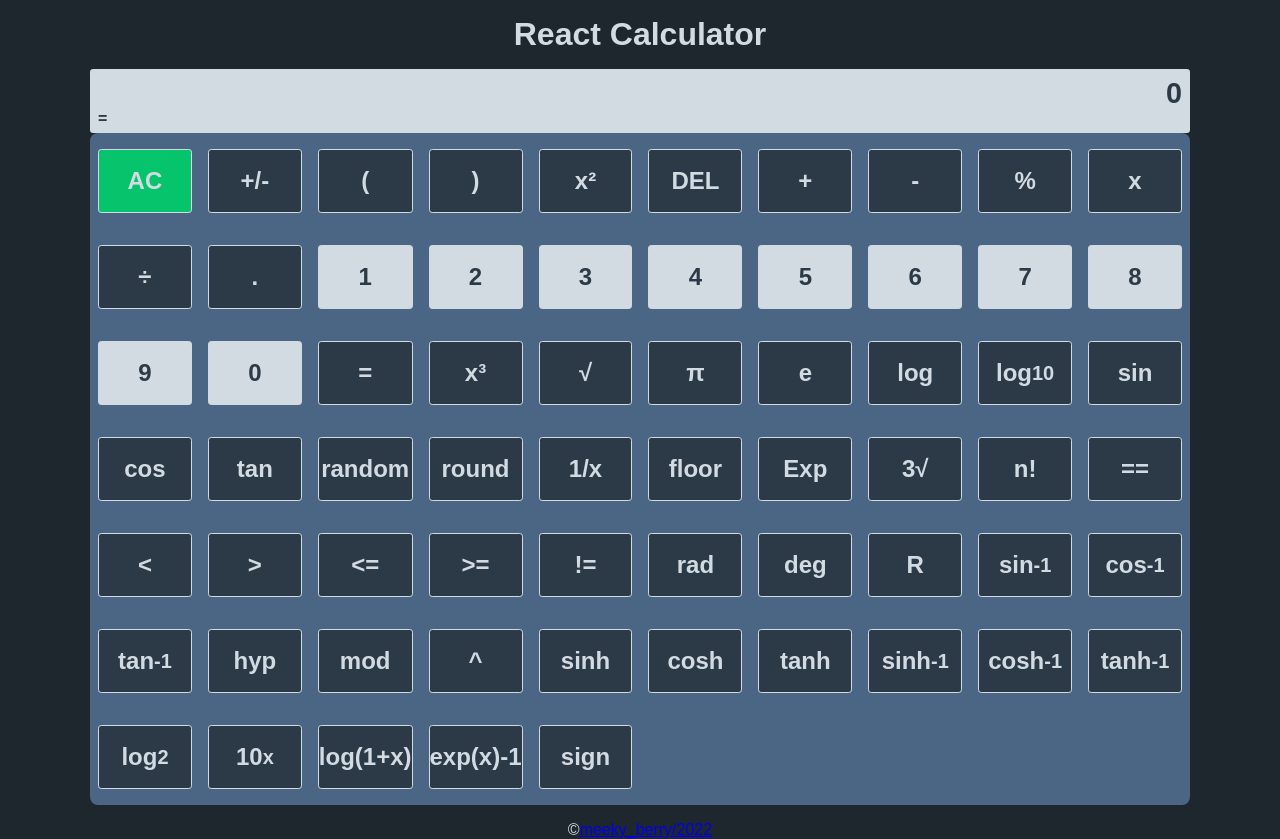
Repository: MikkyPrestige/calculator
Page: /
The author's editor kept a copy of each file at every save. The page is drawn from the files as they stood at one save, then again after the next save.
The browser window is 1280 px wide. The pictures show the whole page.
The project was rebuilt for these pictures with package versions that can differ from the ones it lists, and the page was loaded fresh each time.

Above is the page before, as saved 2022-11-17 22:04:25.

### src/index.css
* {
 margin: 0;
 padding: 0;
 box-sizing: border-box;
}

body {
 font-family: 'Poppins', sans-serif;
 background: #1e272e;
}

.heading {
  color: #d2dae2;
  text-align: center;
  margin: 1rem;
}

.app-container {
 width: 100%;
 max-width: 1100px;
 margin: 1rem auto;
}

.display {
 background-color: #d2dae2;
 color: #2C3A47;
 height: 4rem;
 font-size: 1.8rem;
 font-weight: 700;
 display: flex;
 flex-direction: column;
 padding: .5rem;
 border-radius: .2rem;
}

.display-calc {
 display: flex;
 justify-content: flex-end;
 align-items: center;
}

.display-result {
 display: flex;
 justify-content: flex-start;
 align-items: center;
 font-size: 1rem;
 font-weight: 700;
}

.operators {
  display: grid;
  grid-template-columns: repeat(10, 1fr);
  grid-gap: 1rem;
  padding: .5rem;
  border-radius: .5rem;
  background-color: #4b6584;
  -webkit-border-radius: .5rem;
  -moz-border-radius: .5rem;
  -ms-border-radius: .5rem;
  -o-border-radius: .5rem;
}

.operator {
 background-color: #2C3A47;
 color: #d2dae2;
 font-size: 1.5rem;
 font-weight: 700;
 height: 4rem;
 display: flex;
 justify-content: center;
 align-items: center;
 border-radius: .2rem;
 border: 1px solid #d2dae2;
 margin: .5rem 0;
}

.operator:hover {
 background-color: #d2dae2;
 color: #2C3A47;
 cursor: pointer;
}

.operator:active {
 background-color: #2C3A47;
 color: #d2dae2;
}

.digit {
  background-color: #d2dae2;
  color: #2C3A47;
  font-size: 1.5rem;
  font-weight: 700;
  height: 4rem;
  display: flex;
  justify-content: center;
  align-items: center;
  border-radius: .2rem;
  border: 1px solid #d2dae2;
  margin: .5rem 0;
}

.digit:hover {
  background-color: #2C3A47;
  color: #d2dae2;
  cursor: pointer;
}

.digit:active {
  background-color: #d2dae2;
  color: #2C3A47;
}

.clear {
  background-color: #05c46b;
  color: #d2dae2;
}

.clear:hover {
  background-color: #d2dae2;
  color: #05c46b;
}

.clear:active {
  background-color: #05c46b;
  color: #d2dae2;
}
/*

.clear {
 background-color: #05c46b;
  grid-column: 1 / 3;
  grid-row: 1 / 2;
}

.delete {
 background-color: #ff3f34;
  grid-column: 9 / -1;
  grid-row: 1 / 2;
}

.equalTo {
 /* grid-row: 6 / span 2; */
 /* grid-column: 6; */
 /* background-color: #05c46b; */
 /* font-size: 2.5rem; */
 /* font-weight: 700; */
/* } */

.cube {
 /* grid-row: 3; */
}

.sqrt {
 /* grid-row: 4; */
}

.exponent {
 /* grid-row: 5; */
}

.pie {
 /* grid-row: 5; */
}

.log {
 /* grid-row: 3; */
}

.logTen {
 /* grid-row: 4; */
}

.sin {
 /* grid-row: 3; */
}

.tan {
 /* grid-row: 4; */
}

.cos  {
 /* grid-row: 5; */
}

.zero {
 /* grid-row: 6; */
 /* grid-column: 5; */
}

.attribution {
  color: #d2dae2;
  text-align: center;
}

### src/App.js
import React from 'react';
import { useState } from 'react';

function App() {
  // DECLARE A NEW STATE VARIABLE
  const [calc, setCalc] = useState("");
  const [result, setResult] = useState("");

  // OPERATORS VARIABLE IS AN ARRAY OF OPERATORS THAT WILL BE USED TO CHECK IF THE USER IS TRYING TO ENTER AN OPERATOR OR NOT
  const ops = ["+", "-", "*", "/", ".", "<", ">", "<=", ">=", "±", "%", "!="];

  // UPDATE CALC STATE VARIABLE WITH THE VALUE OF THE BUTTON THAT WAS CLICKED
  const updateCalc = value => {
    if (
      (ops.includes(value) && calc === "") || // IF THE VALUE IS AN OPERATOR AND THE CALC STATE VARIABLE IS EMPTY
      (ops.includes(value) && ops.includes(calc.slice(-1))) // IF THE VALUE IS AN OPERATOR AND THE LAST CHARACTER OF THE CALC STATE VARIABLE IS ALSO AN OPERATOR
    ) {
      return;
    }

    setCalc(calc + value);  // UPDATE THE CALC STATE VARIABLE WITH THE VALUE OF THE BUTTON THAT WAS CLICKED

    if (!ops.includes(value)) {  // IF THE VALUE IS NOT AN OPERATOR
      setResult(eval(calc + value).toString());   // EVALUATE THE CALC STATE VARIABLE AND UPDATE THE RESULT STATE VARIABLE
    }
  };

  // CREATE CLEAR FUNCTION
  const clear = () => {
    setCalc("");    // SET CALC STATE VARIABLE TO EMPTY
    setResult("");  // SET RESULT STATE VARIABLE TO EMPTY
  };

  // CREATE DELETE FUNCTION
  const del = () => {
    if (calc === "") {
      return;
    }
    const value = calc.slice(0, -1);  // REMOVE THE LAST CHARACTER OF THE CALC STATE VARIABLE
    setCalc(value);  // UPDATE THE CALC STATE VARIABLE
  };

  // CREATE EVALUATE FUNCTION
  const calculate = () => {
    setCalc(eval(calc).toString());  // EVALUATE THE CALC STATE VARIABLE AND UPDATE THE CALC STATE VARIABLE
    setResult("");  // SET RESULT STATE VARIABLE TO EMPTY
  };

  // CREATE PERCENTAGE FUNCTION
  const percentage = () => {
    if (calc === "") {
      return;
    }
    const value = parseFloat(calc);   // CONVERT THE CALC STATE VARIABLE TO A FLOAT
    if (value === 0) {
      return;
    }
    setCalc((value / 100).toString());  // DIVIDE THE CALC STATE VARIABLE BY 100 AND UPDATE THE CALC STATE VARIABLE
  };

  // CREATE POSITIVE/NEGATIVE FUNCTION
  const posNeg = () => {
    if (calc === "") {
      return;
    }
    const value = parseFloat(calc);
    if (value === 0) {
      return;
    }
    setCalc((value * -1).toString());  // MULTIPLY THE CALC STATE VARIABLE BY -1 AND UPDATE THE CALC STATE VARIABLE
  };

  // CREATE BRACKET FUNCTION
  const bracket = value => {
    if (calc === "" && value === "(" && ")") { // IF THE CALC STATE VARIABLE IS EMPTY AND THE VALUE IS "(" && ")"
      setCalc(calc + value);
      return;
    }
    setCalc(calc + value);  // UPDATE THE CALC STATE VARIABLE WITH THE VALUE OF THE BUTTON THAT WAS CLICKED
  };

  // CREATE SQUARE FUNCTION
  const square = () => {
    if (calc === "") {
      return;
    }
    const value = parseFloat(calc);
    if (value === 0) {
      return;
    }
    setCalc((value * value).toString());  // MULTIPLY THE CALC STATE VARIABLE BY ITSELF AND UPDATE THE CALC STATE VARIABLE
  };

  // CREATE A CUBE FUNCTION
  const cube = () => {
    if (calc === "") {
      return;
    }
    const value = parseFloat(calc);
    if (value === 0) {
      return;
    }
    setCalc((value * value * value).toString());  // MULTIPLY THE CALC STATE VARIABLE BY ITSELF THREE TIMES AND UPDATE THE CALC STATE VARIABLE
  };

  // CREATE SQUARE ROOT FUNCTION
  const squareRoot = () => {
    if (calc === "") {
      return;
    }
    const value = parseFloat(calc);
    if (value === 0) {
      return;
    }
    setCalc(Math.sqrt(value).toString());  // CALCULATE THE SQUARE ROOT OF THE CALC STATE VARIABLE AND UPDATE THE CALC STATE VARIABLE
  };

  // CREATE PI FUNCTION
  const pi = () => {
    if (calc === "") {
      return;
    }
    const value = parseFloat(calc);
    if (value === 0) {
      return;
    }
    setCalc((value * 3.141592653589793).toString());  // MULTIPLY THE CALC STATE VARIABLE BY PI AND UPDATE THE CALC STATE VARIABLE
  };

  // CREATE E FUNCTION
  const e = () => {
    if (calc === "") {
      return;
    }
    const value = parseFloat(calc);
    if (value === 0) {
      return;
    }
    setCalc((value * 2.718281828459045).toString());  // MULTIPLY THE CALC STATE VARIABLE BY E AND UPDATE THE CALC STATE VARIABLE
  };

  // CREATE LOG FUNCTION
  const log = () => {
    if (calc === "") {
      return;
    }
    const value = parseFloat(calc);
    if (value === 0) {
      return;
    }
    setCalc(Math.log(value).toString());  // CALCULATE THE LOGARITHM OF THE CALC STATE VARIABLE AND UPDATE THE CALC STATE VARIABLE
  };

  // CREATE BASE 10 LOG FUNCTION
  const log10 = () => {
    if (calc === "") {
      return;
    }
    const value = parseFloat(calc);
    if (value === 0) {
      return;
    }
    setCalc(Math.log10(value).toString());  // CALCULATE THE BASE 10 LOGARITHM OF THE CALC STATE VARIABLE AND UPDATE THE CALC STATE VARIABLE
  };

  // CREATE BASE 2 LOG FUNCTION
  const log2 = () => {
    if (calc === "") {
      return;
    }
    const value = parseFloat(calc);
    if (value === 0) {
      return;
    }
    setCalc(Math.log2(value).toString());  // CALCULATE THE BASE 2 LOGARITHM OF THE CALC STATE VARIABLE AND UPDATE THE CALC STATE VARIABLE
  };

  // CREATE LOG1P FUNCTION
  const log1p = () => {
    if (calc === "") {
      return;
    }
    const value = parseFloat(calc);
    if (value === 0) {
      return;
    }
    setCalc(Math.log1p(value).toString());  // CALCULATE THE LOGARITHM OF THE CALC STATE VARIABLE PLUS 1 AND UPDATE THE CALC STATE VARIABLE
  };

  // CREATE EXPONENTIAL -1 FUNCTION
  const expm1 = () => {
    if (calc === "") {
      return;
    }
    const value = parseFloat(calc);
    if (value === 0) {
      return;
    }
    setCalc(Math.expm1(value).toString());  // CALCULATE THE EXPONENTIAL OF THE CALC STATE VARIABLE MINUS 1 AND UPDATE THE CALC STATE VARIABLE
  };

  // CREATE SIGN FUNCTION
  const sign = () => {
    if (calc === "") {
      return;
    }
    const value = parseFloat(calc);
    if (value === 0) {
      return;
    }
    setCalc(Math.sign(value).toString());  // CALCULATE THE SIGN OF THE CALC STATE VARIABLE AND UPDATE THE CALC STATE VARIABLE
  };

  // CREATE RAISE TO POWER 10 FUNCTION
  const pow10 = () => {
    if (calc === "") {
      return;
    }
    const value = parseFloat(calc);
    if (value === 0) {
      return;
    }
    setCalc(Math.pow(10, value).toString());  // RAISE 10 TO THE POWER OF THE CALC STATE VARIABLE AND UPDATE THE CALC STATE VARIABLE
  };

  // CREATE SIN FUNCTION
  const sin = () => {
    if (calc === "") {
      return;
    }
    const value = parseFloat(calc);
    if (value === 0) {
      return;
    }
    setCalc(Math.sin(value).toString());  // CALCULATE THE SINE OF THE CALC STATE VARIABLE AND UPDATE THE CALC STATE VARIABLE
  };

  // CREATE COS FUNCTION
  const cos = () => {
    if (calc === "") {
      return;
    }
    const value = parseFloat(calc);
    if (value === 0) {
      return;
    }
    setCalc(Math.cos(value).toString());  // CALCULATE THE COSINE OF THE CALC STATE VARIABLE AND UPDATE THE CALC STATE VARIABLE
  };

  // CREATE TAN FUNCTION
  const tan = () => {
    if (calc === "") {
      return;
    }
    const value = parseFloat(calc);
    if (value === 0) {
      return;
    }
    setCalc(Math.tan(value).toString());  // CALCULATE THE TANGENT OF THE CALC STATE VARIABLE AND UPDATE THE CALC STATE VARIABLE
  };

  // CREATE INVERSE SIN FUNCTION
  const asin = () => {
    if (calc === "") {
      return;
    }
    const value = parseFloat(calc);
    if (value === 0) {
      return;
    }
    setCalc(Math.asin(value).toString());  // CALCULATE THE INVERSE SINE OF THE CALC STATE VARIABLE AND UPDATE THE CALC STATE VARIABLE
  };

  // CREATE INVERSE COS FUNCTION
  const acos = () => {
    if (calc === "") {
      return;
    }
    const value = parseFloat(calc);
    if (value === 0) {
      return;
    }
    setCalc(Math.acos(value).toString());  // CALCULATE THE INVERSE COSINE OF THE CALC STATE VARIABLE AND UPDATE THE CALC STATE VARIABLE
  };

  // CREATE INVERSE TAN FUNCTION
  const atan = () => {
    if (calc === "") {
      return;
    }
    const value = parseFloat(calc);
    if (value === 0) {
      return;
    }
    setCalc(Math.atan(value).toString());  // CALCULATE THE INVERSE TANGENT OF THE CALC STATE VARIABLE AND UPDATE THE CALC STATE VARIABLE
  };

  // CREATE SINH FUNCTION
  const sinh = () => {
    if (calc === "") {
      return;
    }
    const value = parseFloat(calc);
    if (value === 0) {
      return;
    }
    setCalc(Math.sinh(value).toString());  // CALCULATE THE HYPERBOLIC SINE OF THE CALC STATE VARIABLE AND UPDATE THE CALC STATE VARIABLE
  };

  // CREATE COSH FUNCTION
  const cosh = () => {
    if (calc === "") {
      return;
    }
    const value = parseFloat(calc);
    if (value === 0) {
      return;
    }
    setCalc(Math.cosh(value).toString());  // CALCULATE THE HYPERBOLIC COSINE OF THE CALC STATE VARIABLE AND UPDATE THE CALC STATE VARIABLE
  };

  // CREATE TANH FUNCTION
  const tanh = () => {
    if (calc === "") {
      return;
    }
    const value = parseFloat(calc);
    if (value === 0) {
      return;
    }
    setCalc(Math.tanh(value).toString());  // CALCULATE THE HYPERBOLIC TANGENT OF THE CALC STATE VARIABLE AND UPDATE THE CALC STATE VARIABLE
  };

  // CREATE INVERSE SINH FUNCTION
  const asinh = () => {
    if (calc === "") {
      return;
    }
    const value = parseFloat(calc);
    if (value === 0) {
      return;
    }
    setCalc(Math.asinh(value).toString());  // CALCULATE THE INVERSE HYPERBOLIC SINE OF THE CALC STATE VARIABLE AND UPDATE THE CALC STATE VARIABLE
  };

  // CREATE INVERSE COSH FUNCTION
  const acosh = () => {
    if (calc === "") {
      return;
    }
    const value = parseFloat(calc);
    if (value === 0) {
      return;
    }
    setCalc(Math.acosh(value).toString());  // CALCULATE THE INVERSE HYPERBOLIC COSINE OF THE CALC STATE VARIABLE AND UPDATE THE CALC STATE VARIABLE
  };

  // CREATE INVERSE TANH FUNCTION
  const atanh = () => {
    if (calc === "") {
      return;
    }
    const value = parseFloat(calc);
    if (value === 0) {
      return;
    }
    setCalc(Math.atanh(value).toString());  // CALCULATE THE INVERSE HYPERBOLIC TANGENT OF THE CALC STATE VARIABLE AND UPDATE THE CALC STATE VARIABLE
  };

  // CREATE HYPOTENUSE FUNCTION
  const hyp = () => {
    if (calc === "") {
      return;
    }
    const value = parseFloat(calc);
    if (value === 0) {
      return;
    }
    setCalc(Math.hypot(value).toString());  // CALCULATE THE HYPOTENUSE OF THE CALC STATE VARIABLE AND UPDATE THE CALC STATE VARIABLE
  };


  // CREATE RADIAN FUNCTION
  const radian = () => {
    if (calc === "") {
      return;
    }
    const value = parseFloat(calc);
    if (value === 0) {
      return;
    }
    setCalc((value * 0.017453292519943295).toString());  // MULTIPLY THE CALC STATE VARIABLE BY RADIAN AND UPDATE THE CALC STATE VARIABLE
  };

  // CREATE DEGREE FUNCTION
  const degree = () => {
    if (calc === "") {
      return;
    }
    const value = parseFloat(calc);
    if (value === 0) {
      return;
    }
    setCalc((value * 57.29577951308232).toString());  // MULTIPLY THE CALC STATE VARIABLE BY DEGREE AND UPDATE THE CALC STATE VARIABLE
  };

  // CREATE RADIUS FUNCTION
  const radius = () => {
    if (calc === "") {
      return;
    }
    const value = parseFloat(calc);
    if (value === 0) {
      return;
    }
    setCalc((value * 0.5).toString());  // MULTIPLY THE CALC STATE VARIABLE BY RADIUS AND UPDATE THE CALC STATE VARIABLE
  };

  // CREATE RECIPROCAL/INVERSE FUNCTION
  const reciprocal = () => {
    if (calc === "") {
      return;
    }
    const value = parseFloat(calc);
    if (value === 0) {
      return;
    }
    setCalc((1 / value).toString());  // DIVIDE 1 BY THE CALC STATE VARIABLE AND UPDATE THE CALC STATE VARIABLE
  };

  // CREATE RANDOM FUNCTION
  const random = () => {
    if (calc === "") {
      return;
    }
    const value = parseFloat(calc);
    if (value === 0) {
      return;
    }
    setCalc(Math.random(value).toString());  // RANDOMLY GENERATE A NUMBER AND UPDATE THE CALC STATE VARIABLE
  };

  // CREATE ROUND FUNCTION
  const round = () => {
    if (calc === "") {
      return;
    }
    const value = parseFloat(calc);
    if (value === 0) {
      return;
    }
    setCalc(Math.round(value).toString());  // ROUND THE CALC STATE VARIABLE AND UPDATE THE CALC STATE VARIABLE
  };

  // CREATE FLOOR FUNCTION
  const floor = () => {
    if (calc === "") {
      return;
    }
    const value = parseFloat(calc);
    if (value === 0) {
      return;
    }
    setCalc(Math.floor(value).toString());  // FLOOR OF THE CALC STATE VARIABLE AND UPDATE THE CALC STATE VARIABLE
  };

  // CREATE EXPONENTIAL FUNCTION
  const exponential = () => {
    if (calc === "") {
      return;
    }
    const value = parseFloat(calc);
    if (value === 0) {
      return;
    }
    setCalc(Math.exp(value).toString());  // EXPONENTIAL OF THE CALC STATE VARIABLE AND UPDATE THE CALC STATE VARIABLE
  };

  // CREATE CUBE ROOT FUNCTION
  const cubeRoot = () => {
    if (calc === "") {
      return;
    }
    const value = parseFloat(calc);
    if (value === 0) {
      return;
    }
    setCalc(Math.cbrt(value).toString());  // CUBE ROOT OF THE CALC STATE VARIABLE AND UPDATE THE CALC STATE VARIABLE
  };

  // CREATE FACTORIAL FUNCTION
  const factorial = () => {
    if (calc === "") {
      return;
    }
    const value = parseFloat(calc);
    if (value === 0) {
      return;
    }
    setCalc(factorialize(value).toString());  // FACTORIAL OF THE CALC STATE VARIABLE AND UPDATE THE CALC STATE VARIABLE
  };

  // CREATE FACTORIAL FUNCTION
  const factorialize = (num) => {
    if (num < 0) {
      return -1;
    } else if (num === 0) {
      return 1;
    } else {
      return num * factorialize(num - 1);
    }
  };

  // CREATE DIGITS FUNCTION
  const createDigits = () => {
    const digits = []; // CREATE DIGITS ARRAY
    for (let i = 1; i < 10; i++) { // LOOP THROUGH DIGITS 1-9
      digits.push(i); // PUSH NUMBERS 1-9 TO DIGITS ARRAY
    }
    return digits;
  };

  //RETURN THE CALCULATOR SCREEN AND BUTTONS
  return (
    <div className='app'>
      <header>
        <h1 className='heading'>React Calculator</h1>
      </header>
      <div className='app-container'>
        <div className='display'>
          <div className='display-calc'>
            {calc || "0"}  {/* DISPLAY CALC STATE VARIABLE OR 0 */}
          </div>
          <div className='display-result'>
            = {result}  {/* DISPLAY RESULT STATE VARIABLE */}
          </div>
        </div>
        <div className='operators'>
          <button onClick={clear} className='operator clear'>AC</button>
          <button onClick={posNeg} className='operator'>+/-</button>
          <button onClick={() => bracket('(')} className='operator'>(</button>
          <button onClick={() => bracket(')')} className='operator'>)</button>
          <button onClick={square} className='operator'>x²</button>
          <button onClick={del} className='operator delete'>DEL</button>
          <button onClick={() => updateCalc('+')} className='operator'>+</button>
          <button onClick={() => updateCalc('-')} className='operator'>-</button>
          <button onClick={percentage} className='operator'>%</button>
          <button onClick={() => updateCalc('*')} className='operator'>x</button>
          <button onClick={() => updateCalc('/')} className='operator'>÷</button>
          <button onClick={() => updateCalc('.')} className='operator'>.</button>
          {createDigits().map((digit) => (
            <button onClick={() => updateCalc(digit.toString())} className='digit' key={digit}>{digit}</button> // CREATE DIGITS BUTTONS AND MAP THROUGH DIGITS ARRAY TO DISPLAY DIGITS 1-9 ON BUTTONS
          ))}
          <button onClick={() => updateCalc('0')} className='zero digit'>0</button>
          <button onClick={calculate} className='operator equalTo'>=</button>
          <button onClick={cube} className='operator cube'>x³</button>
          <button onClick={squareRoot} className='operator sqrt'>√</button>
          <button onClick={pi} className='operator pie'>π</button>
          <button onClick={e} className='operator exponent'>e</button>
          <button onClick={log} className='operator log'>log</button>
          <button onClick={log10} className='operator logTen'>log<sub>10</sub></button>
          <button onClick={sin} className='operator sin'>sin</button>
          <button onClick={cos} className='operator cos'>cos</button>
          <button onClick={tan} className='operator tan'>tan</button>
          <button onClick={random} className='operator'>random</button>
          <button onClick={round} className='operator'>round</button>
          <button onClick={reciprocal} className='operator'>1/x</button>
          <button onClick={floor} className='operator'>floor</button>
          <button onClick={exponential} className='operator'>Exp</button>
          <button onClick={cubeRoot} className='operator'>3√</button>
          <button onClick={factorial} className='operator'>n!</button>
          <button onClick={() => updateCalc('==')} className='operator'>==</button>
          <button onClick={() => updateCalc('<')} className='operator'>{'<'}</button>
          <button onClick={() => updateCalc('>')} className='operator'>{'>'}</button>
          <button onClick={() => updateCalc('<=')} className='operator'>{'<='}</button>
          <button onClick={() => updateCalc('>=')} className='operator'>{'>='}</button>
          <button onClick={() => updateCalc('!=')} className='operator'>{'!='}</button>
          <button onClick={radian} className='operator'>rad</button>
          <button onClick={degree} className='operator'>deg</button>
          <button onClick={radius} className='operator'>R</button>
          <button onClick={asin} className='operator'>sin<sup>-1</sup></button>
          <button onClick={acos} className='operator'>cos<sup>-1</sup></button>
          <button onClick={atan} className='operator'>tan<sup>-1</sup></button>
          <button onClick={hyp} className='operator'>hyp</button>
          <button onClick={() => updateCalc('%')} className='operator'>mod</button>
          <button onClick={() => updateCalc('**')} className='operator'>^</button>
          <button onClick={sinh} className='operator'>sinh</button>
          <button onClick={cosh} className='operator'>cosh</button>
          <button onClick={tanh} className='operator'>tanh</button>
          <button onClick={asinh} className='operator'>sinh<sup>-1</sup></button>
          <button onClick={acosh} className='operator'>cosh<sup>-1</sup></button>
          <button onClick={atanh} className='operator'>tanh<sup>-1</sup></button>
          <button onClick={log2} className='operator'>log<sub>2</sub></button>
          <button onClick={pow10} className='operator'>10<sup>x</sup></button>
          <button onClick={log1p} className='operator'>log(1+x)</button>
          <button onClick={expm1} className='operator'>exp(x)-1</button>
          <button onClick={sign} className='operator'>sign</button>
        </div>
      </div>
      <footer className='attribution'>&copy;<a meeky_berry href="https://github.com/MeekyBerry" target="_blank" rel="noreferrer">meeky_berry/2022</a></footer>
    </div>
  );
}

// EXPORT APP
export default App;

Loaded but not shown: public/index.html (common file); src/index.js (common file)

After the next save:
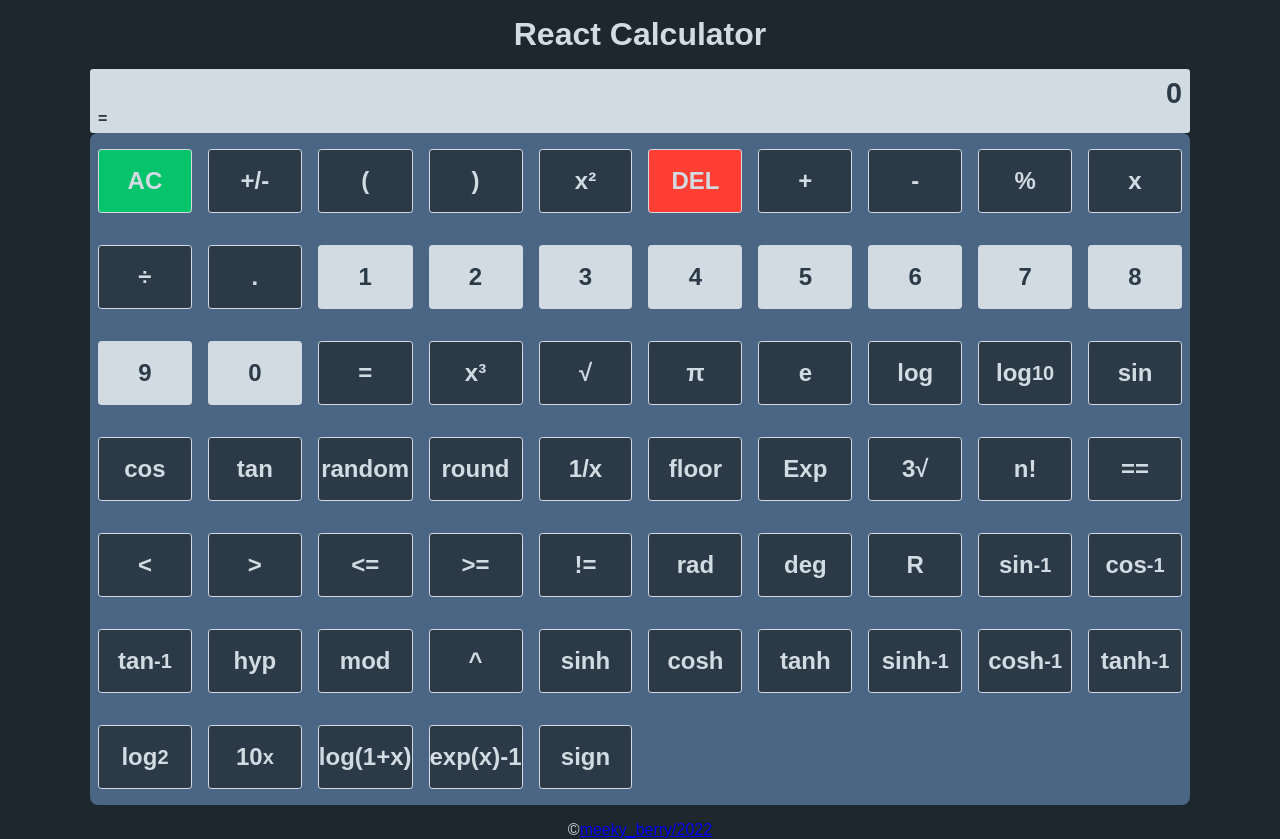
Saved 36 s later.
--- a/src/index.css
+++ b/src/index.css
@@ -124,6 +124,11 @@ body {
   background-color: #05c46b;
   color: #d2dae2;
 }
+
+.delete {
+  background-color: #ff3f34;
+  color: #d2dae2;
+}
 /*
 
 .clear {
